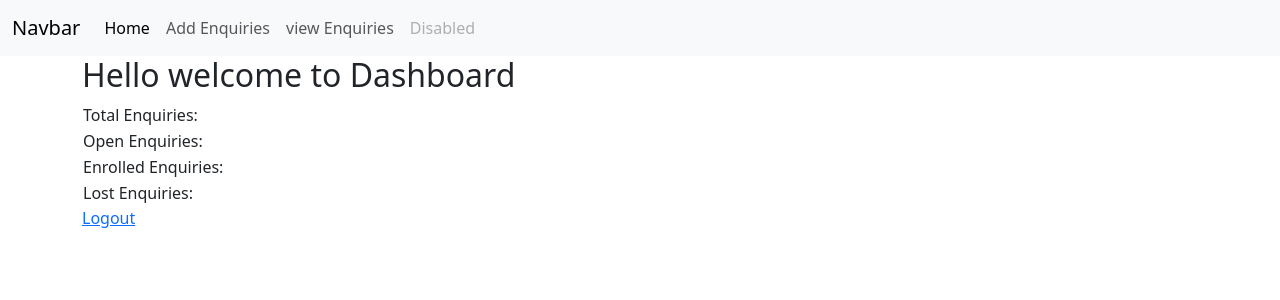
Repository: dibyajyotipanigrahi/Mini-Projects
Page: http://localhost/dashboard
The author's editor kept a copy of each file at every save. The page is drawn from the files as they stood at one save, then again after the next save.
The browser window is 1280 px wide. The pictures show the whole page.
The page is this project's Thymeleaf template; nobody is signed in. The template is opened directly, without the code that normally fills it, so the values that code supplies are empty.

Above is the page before, as saved 2024-04-25 17:04:08.

After the next save:
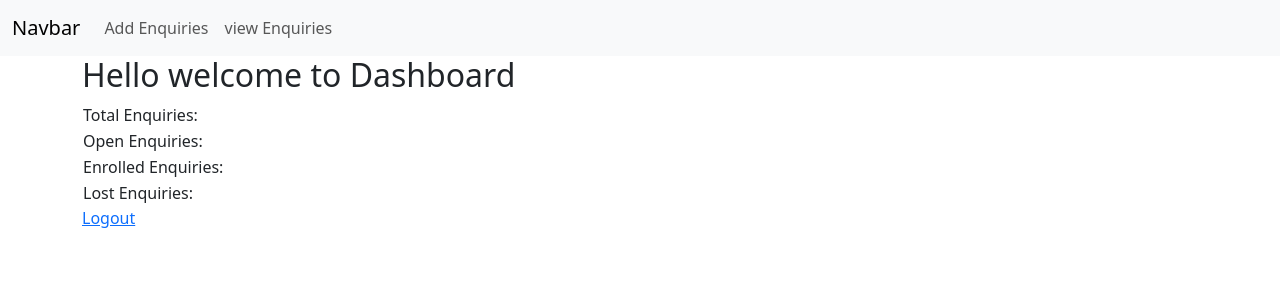
Saved 106 s later.
--- a/01-Councellors-Application/src/main/resources/templates/dashboard.html
+++ b/01-Councellors-Application/src/main/resources/templates/dashboard.html
@@ -19,18 +19,14 @@
     </button>
     <div class="collapse navbar-collapse" id="navbarNav">
       <ul class="navbar-nav">
-        <li class="nav-item">
-          <a class="nav-link active" aria-current="page" href="#">Home</a>
-        </li>
+
         <li class="nav-item">
           <a class="nav-link" href="#">Add Enquiries</a>
         </li>
         <li class="nav-item">
           <a class="nav-link" href="#">view Enquiries</a>
         </li>
-        <li class="nav-item">
-          <a class="nav-link disabled" aria-disabled="true">Disabled</a>
-        </li>
+
       </ul>
     </div>
   </div>
